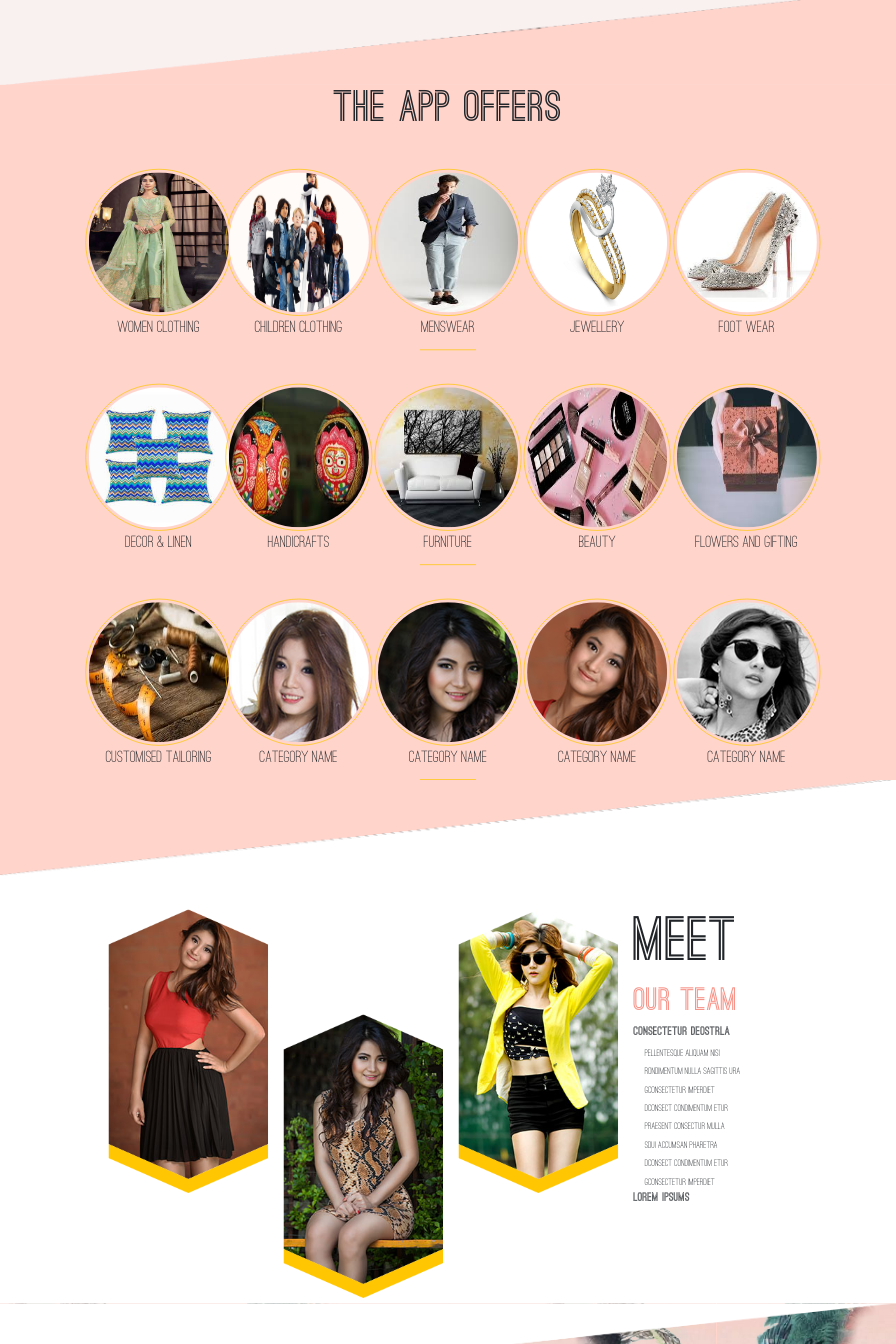
Repository: Demonster1999/newshoperrepo
Page: index.html
The author's editor kept a copy of each file at every save. The page is drawn from the files as they stood at one save, then again after a run of saves.
The browser window is 1280 px wide. The pictures show the part of the page from y = 1375 to 3295 px (the page is 5576 px tall), at 70% of full size.
Some web libraries are served in a nearby version.

Above is the page before, as saved 2020-07-21 14:32:17.
Console error: TypeError: Cannot read properties of null (reading 'getContext')

After the next 3 saves:
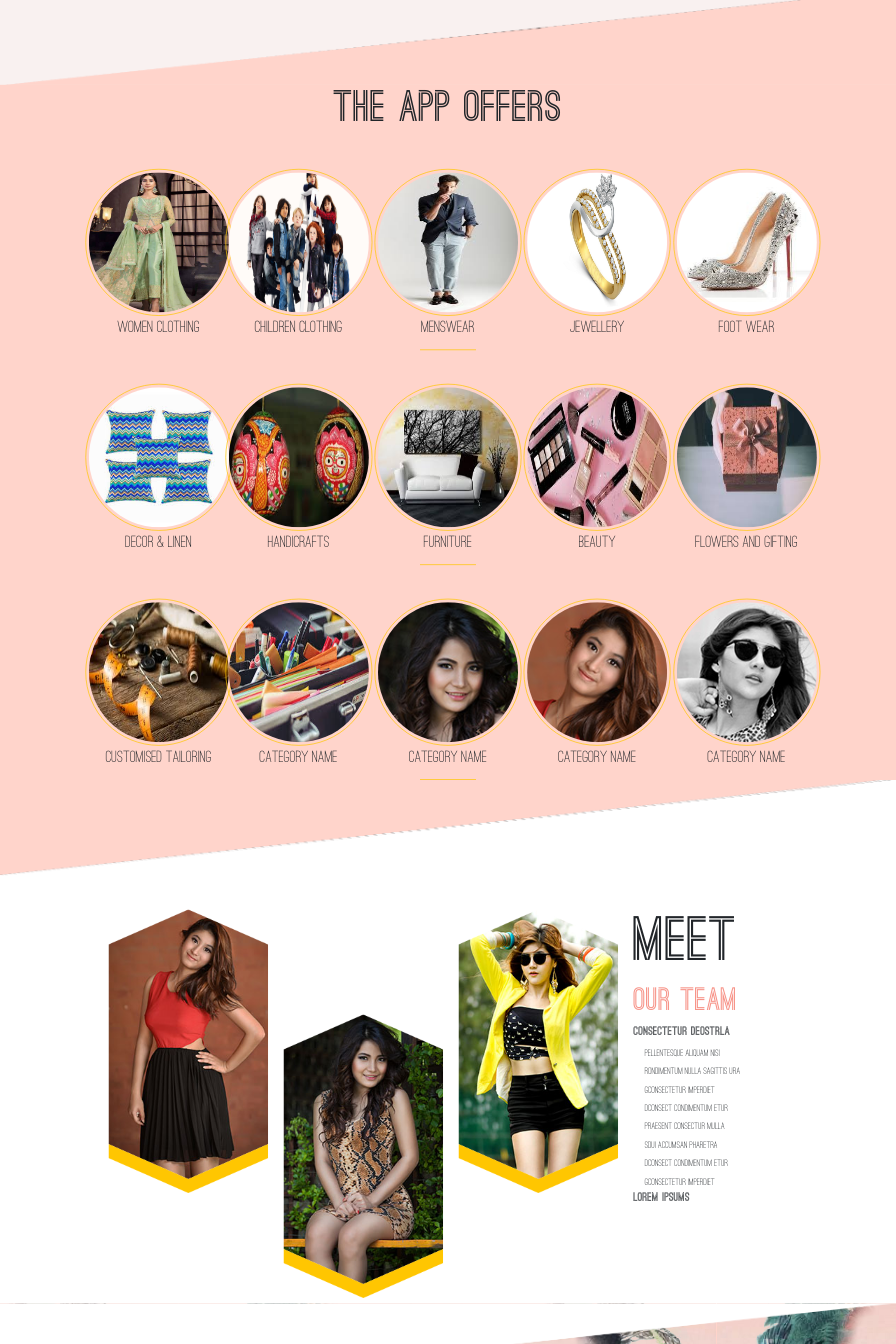
The 3 saves are shown as one change because they came seconds apart.
The last was saved 11 s later.
--- a/index.html
+++ b/index.html
@@ -252,7 +252,7 @@
 	</div>
 	<div class="col-md-2">
 		<div class="tm-img-circle-border absolute-center">
-			<img src="images/testimonials/2.jpg" alt="Testimonial 2" class="img-circle tm-img-testimonial">
+			<img src="images/category/display category/books and stationary.jpg" alt="Testimonial 2" class="img-circle tm-img-testimonial">
 			<h4 class=" mt-2 "> category Name </h4>
 		</div>
 	</div>
